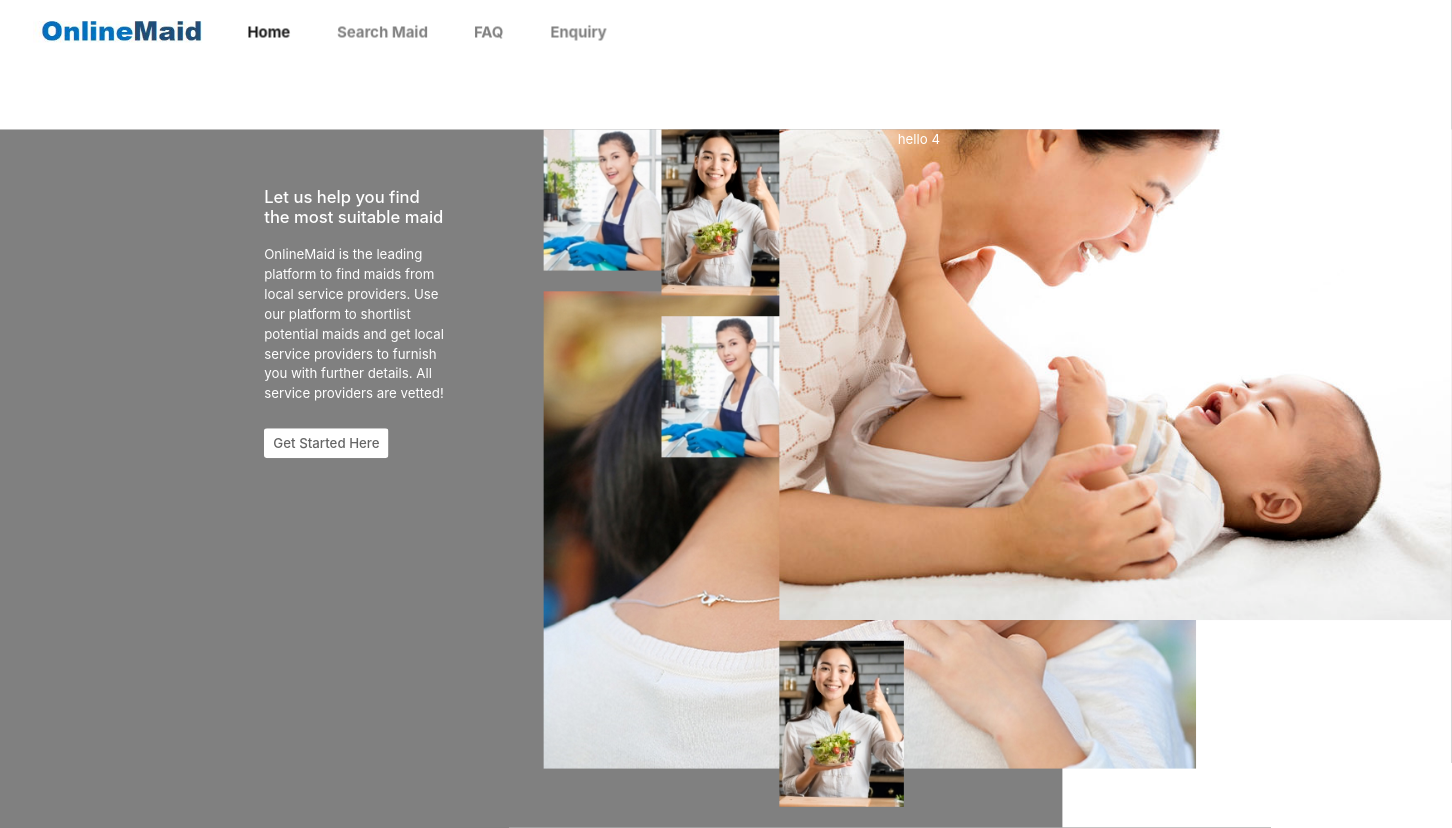
Repository: Code-Institute-Submissions/Project-1---Online-Maid
Page: testing.html
The author's editor kept a record of every edit. The page is drawn from the files as they stood at one moment, then again after the next edit.
The browser window is 1280 px wide. The page is 1749 px wide, so the pictures cover 1749 px, including what lies to the right of the window. The pictures show the whole page, at 83% of full size.
Some web libraries are served in a nearby version.

Above is the page before.

After the next edit:
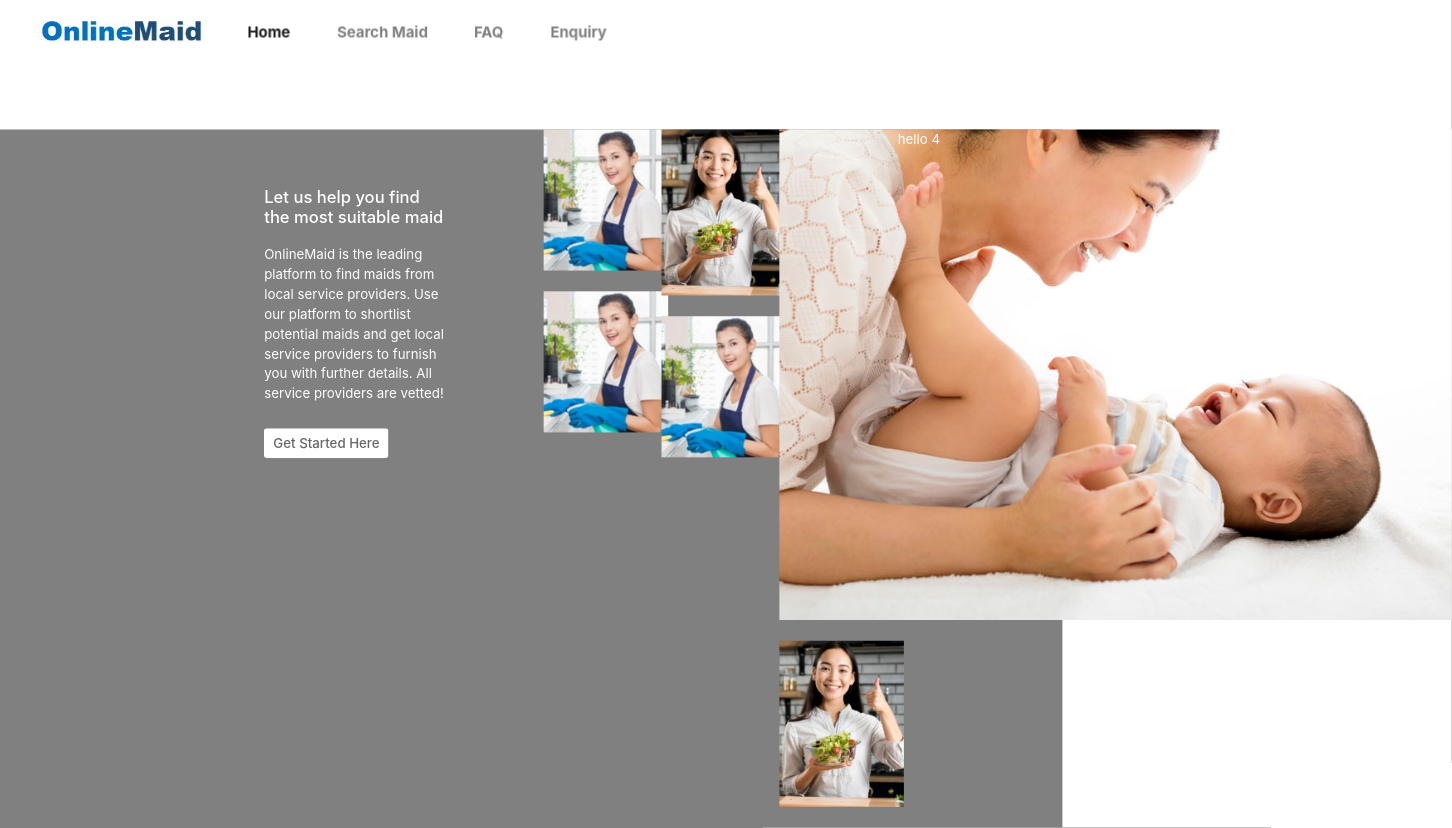
The edit:
--- a/testing.html
+++ b/testing.html
@@ -54,7 +54,7 @@
 
         <div class="col-4 picture-col-1">
           <img class="card-img-top-1" src="images/enquiry2a.jpg" alt="Card image cap">
-          <img class="card-img-top-2" src="images/childrenCare1.jpg" alt="Card image cap">
+          <img class="card-img-top-2" src="images/enquiry2a.jpg" alt="Card image cap">
         </div>
 
         <div class="col-4 picture-col-2">
